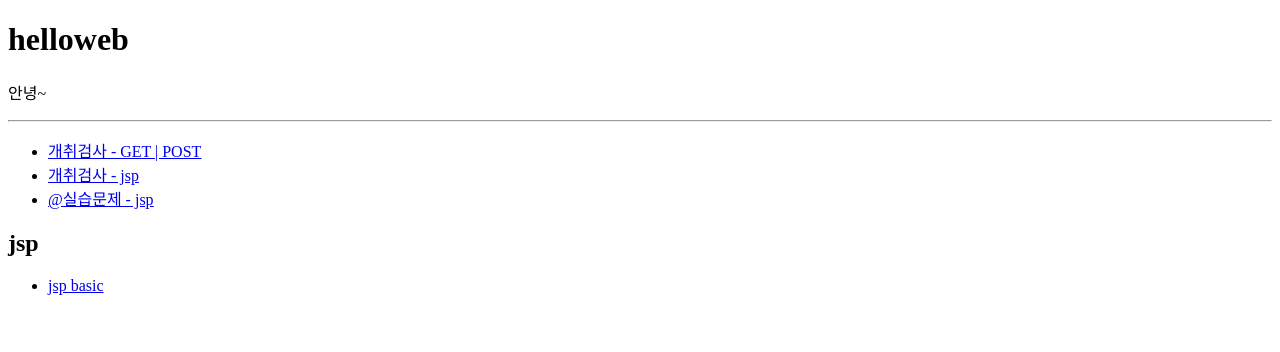
Repository: kianpas/KH_Server
Page: 01_helloweb/WebContent/index.html
An editor plug-in stored every save of this project. The page is shown before and after the next save, followed by the edit.
The browser window is 1280 px wide. The pictures show the whole page.

Above is the page before, as saved 2021-03-24 12:07:58.

After the next save:
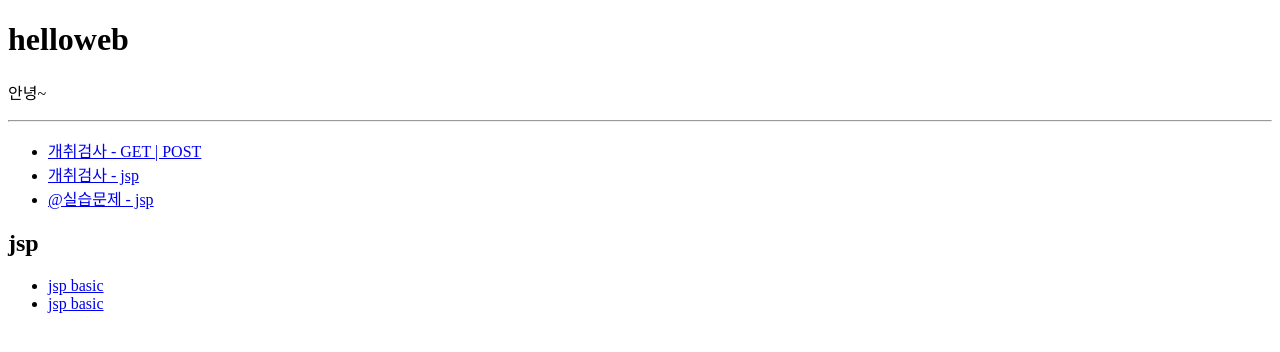
Saved 3 min 38 s later.
--- a/01_helloweb/WebContent/index.html
+++ b/01_helloweb/WebContent/index.html
@@ -20,6 +20,7 @@
 	<h2>jsp</h2>
 	<ul>
 		<li><a href="/web/jsp/basic.jsp">jsp basic</a></li>
+		<li><a href="/web/jsp/basic.jsp">jsp basic</a></li>
 
 	</ul>
 </body>
